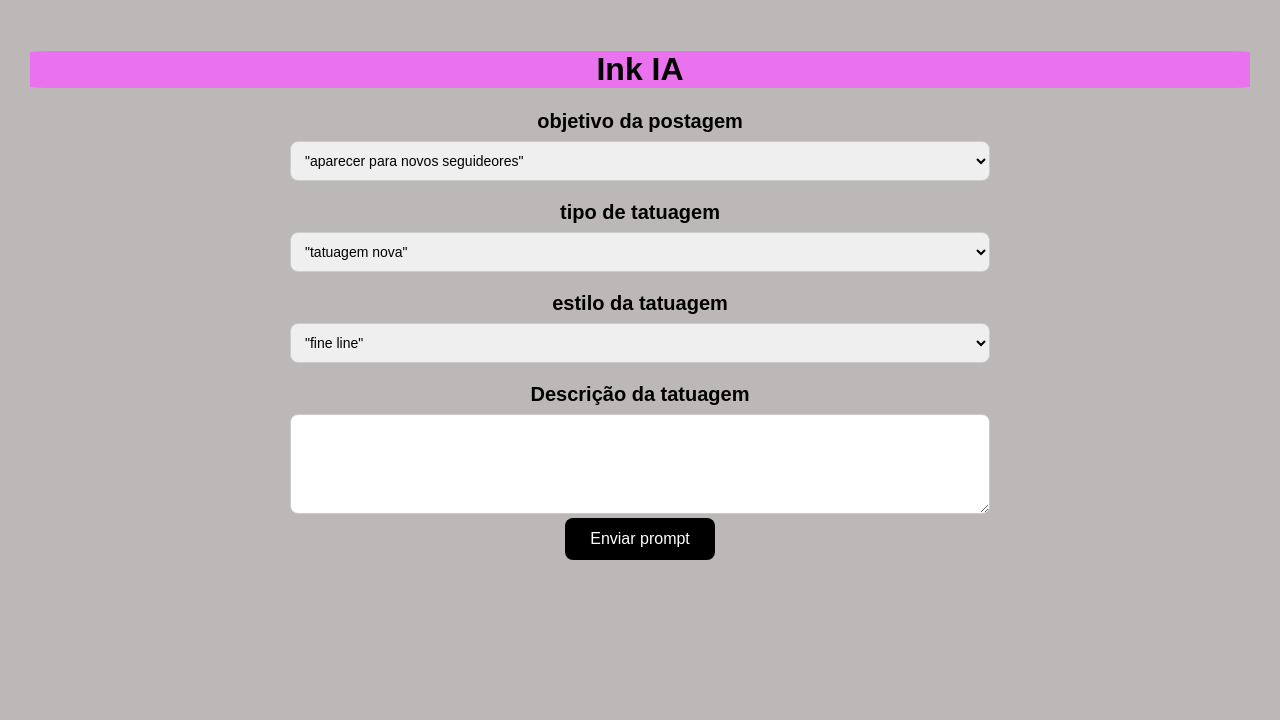
Repository: Ubiratandev/ink_api
Page: ink_IA/ink_ia.html
An editor plug-in stored every save of this project. The page is shown before and after the next save, followed by the edit.
The browser window is 1280 px wide. The pictures show the whole page.

Above is the page before, as saved 2026-03-25 00:17:51.

After the next save:
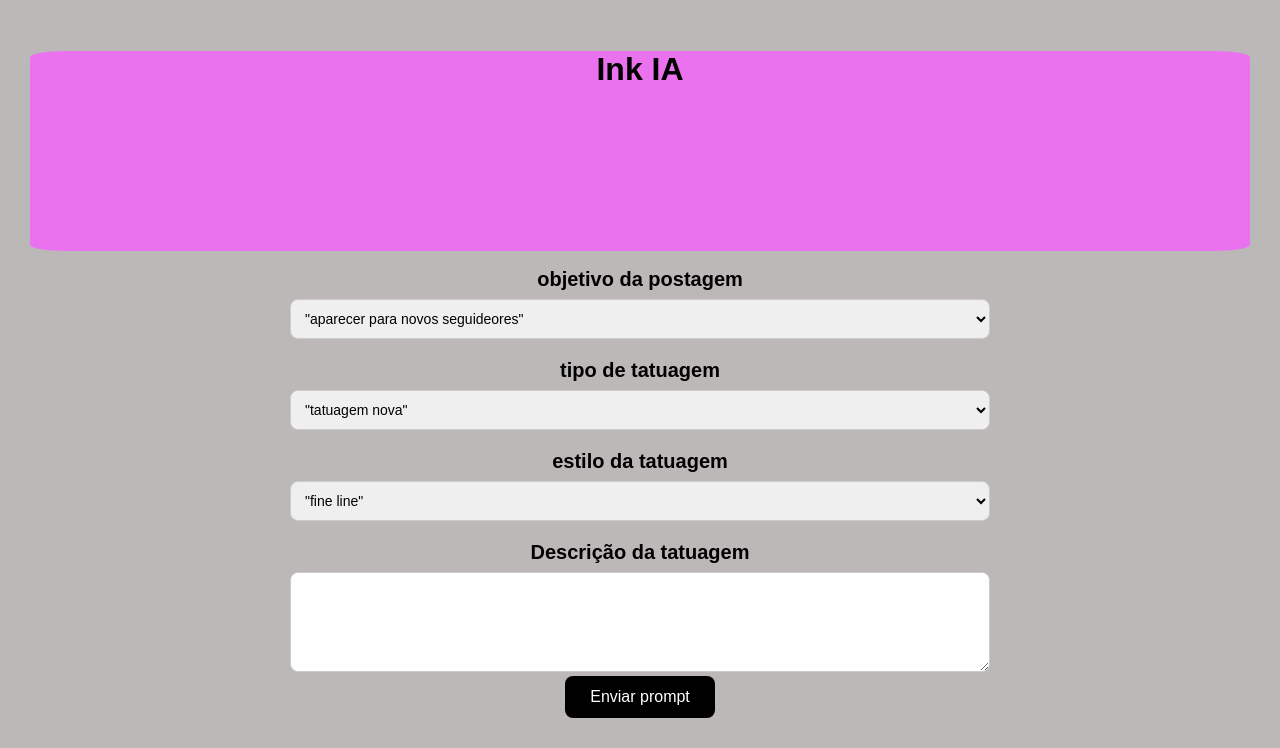
Saved 26 s later.
--- a/ink_IA/styles.css
+++ b/ink_IA/styles.css
@@ -1,6 +1,7 @@
 /* RESET básico */
 header {
   margin: auto;
+  height:200px;
   font-family: Arial, sans-serif;
   background: #eb72ef;
   justify-content:center;
